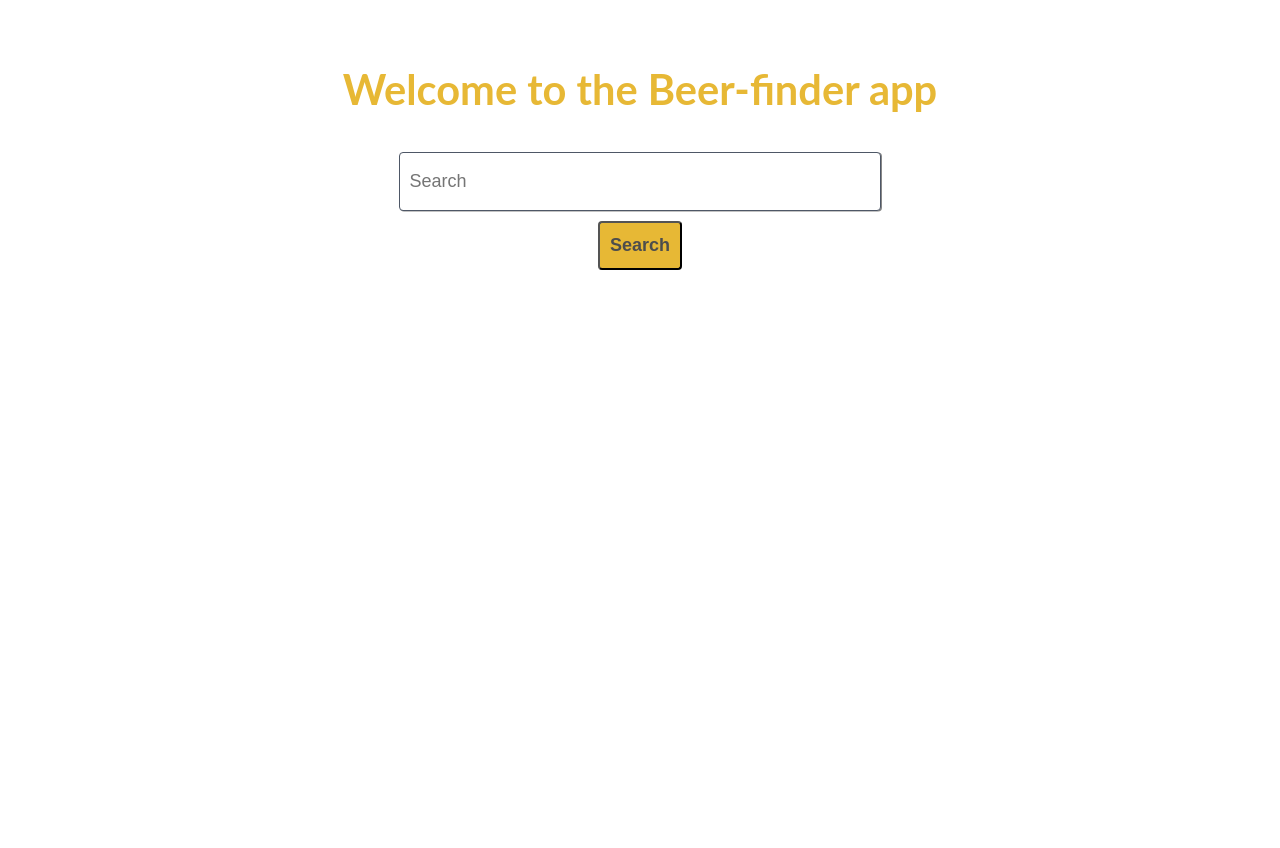
Repository: marcinszymaszek/beer-finder
Page: /
The author's editor kept a copy of each file at every save. The page is drawn from the files as they stood at one save, then again after the next save.
The browser window is 1280 px wide. The pictures show the whole page.
The project was rebuilt for these pictures with package versions that can differ from the ones it lists, and the page was loaded fresh each time.

Above is the page before, as saved 2020-05-10 20:47:29.

After the next save:
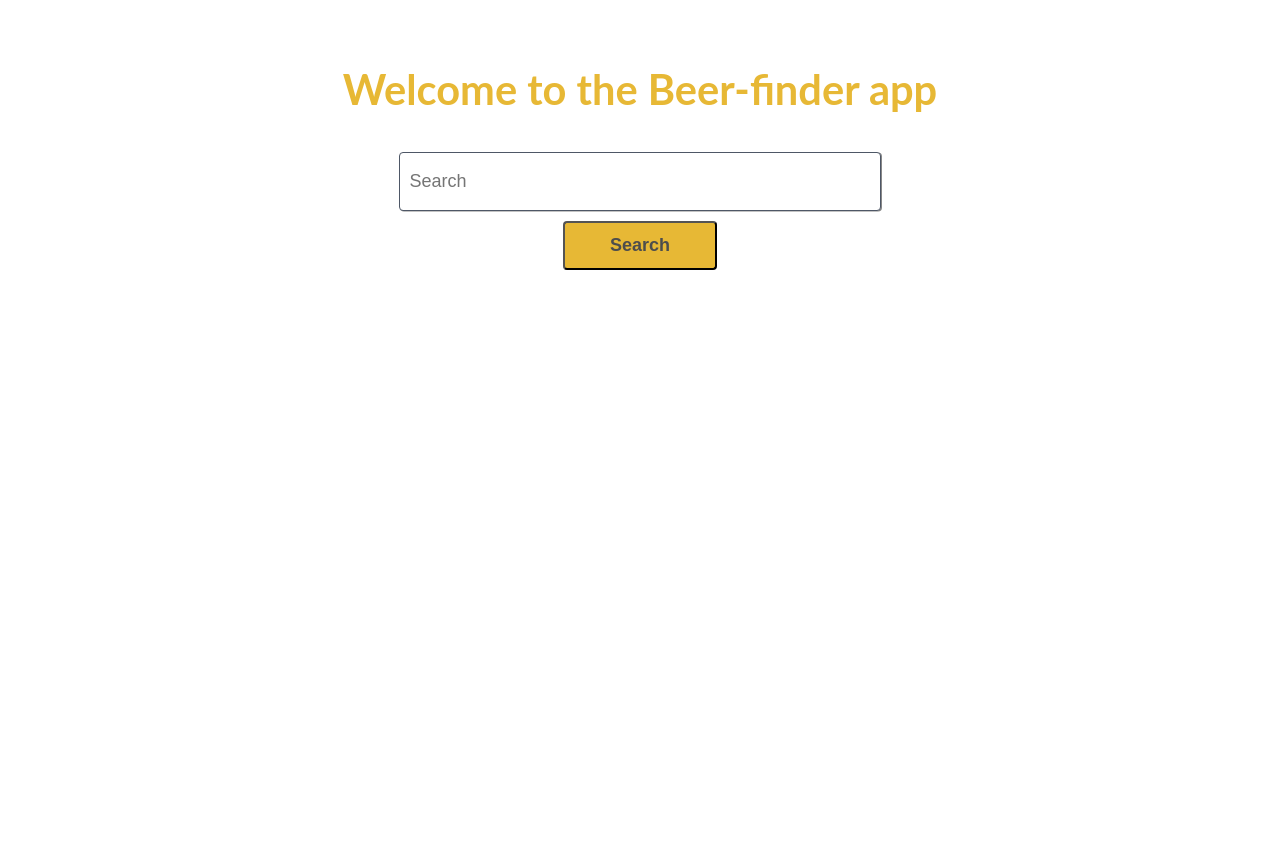
Saved 19 s later.
--- a/src/components/search/Search.css
+++ b/src/components/search/Search.css
@@ -22,7 +22,7 @@ input {
 
     button {
         padding: 12px 10px;
-        /* width: 20%; */
+        width: 20%;
         border-radius: 4px;
         background-color: #e7b835;
         color: #4d4d4d;
